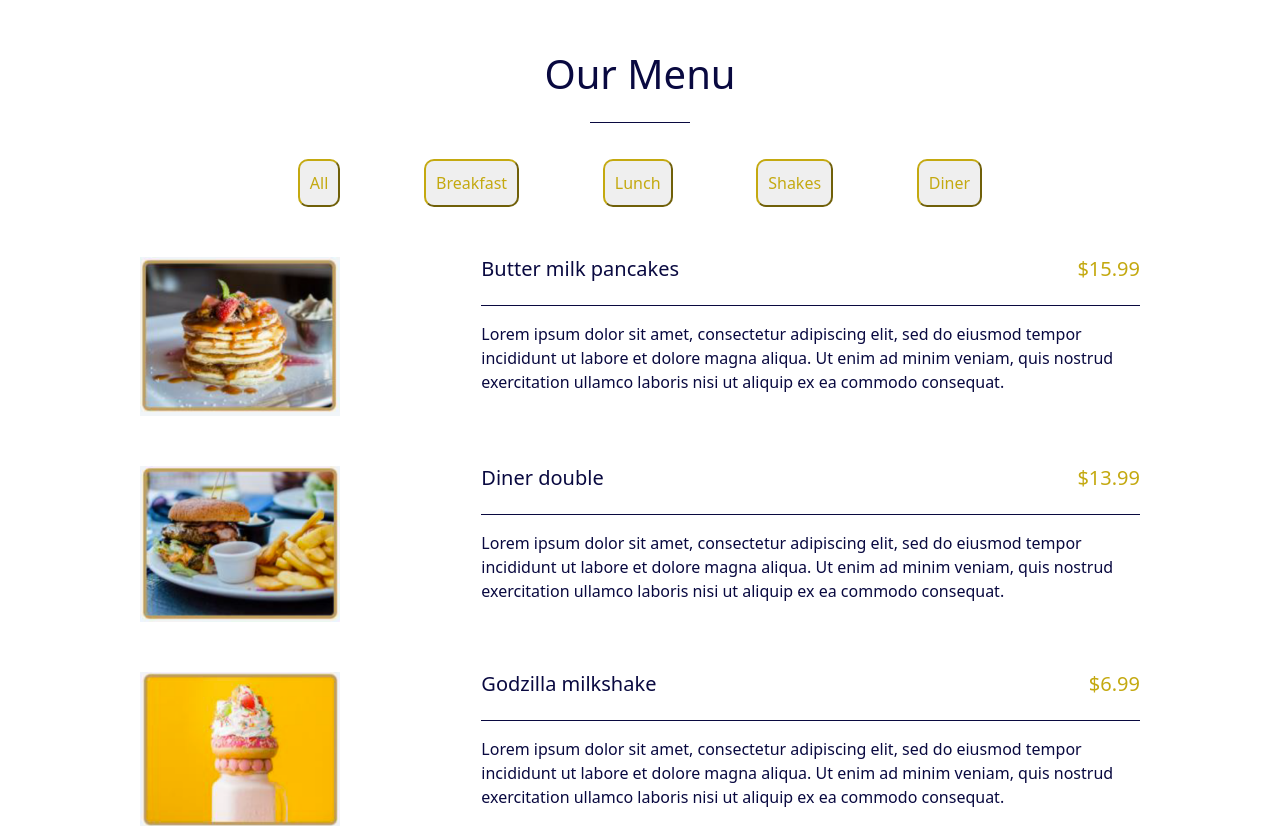
Repository: Sarah7223/internet-programming-tp
Page: TP4/TP04.2.html
The author's editor kept a copy of each file at every save. The page is drawn from the files as they stood at one save, then again after the next save.
The browser window is 1280 px wide. The pictures show the whole page.

Above is the page before, as saved 2023-01-31 23:01:45.

After the next save:
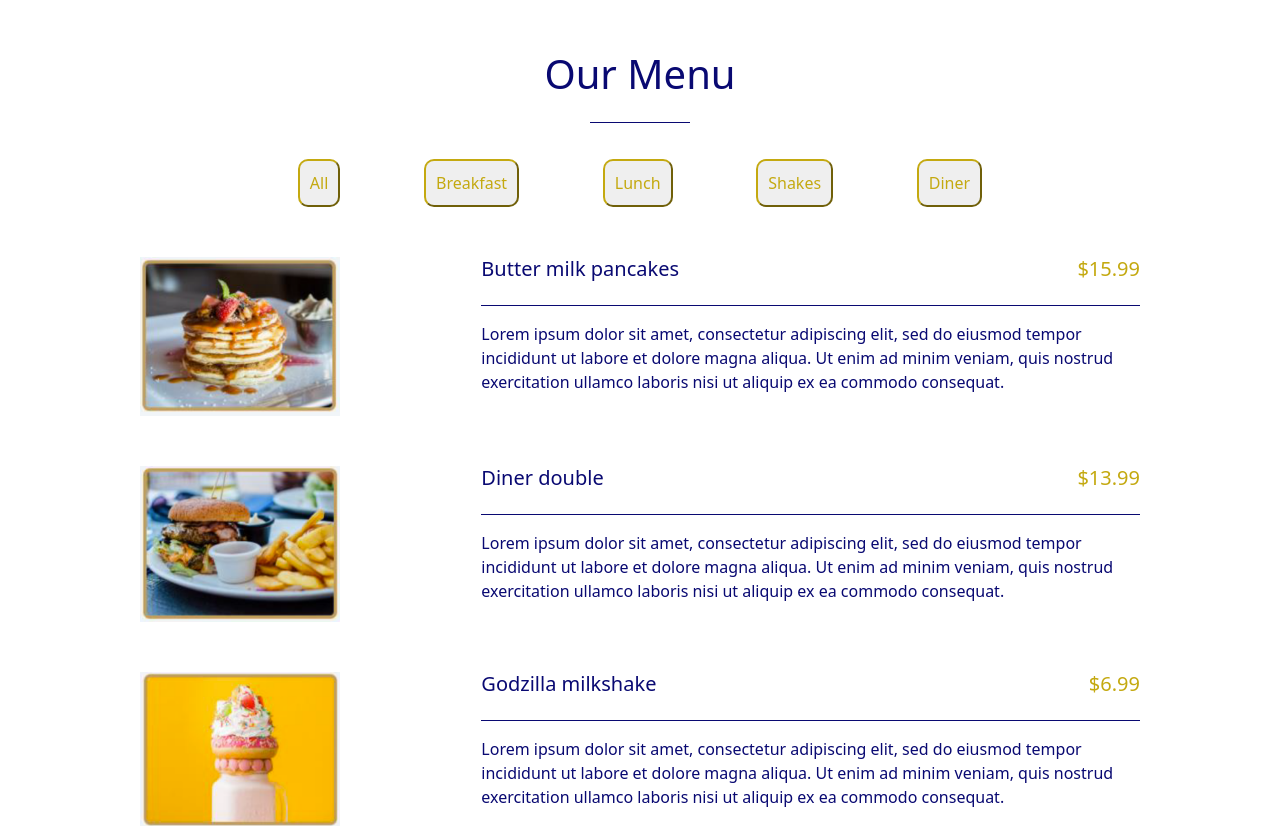
Saved 9 s later.
--- a/TP4/TP04.2.html
+++ b/TP4/TP04.2.html
@@ -57,7 +57,7 @@
             color: rgb(196, 169, 16);
         }
         *{
-            color: rgb(9, 9, 64);
+            color: rgb(9, 9, 114);
         }
 
 
